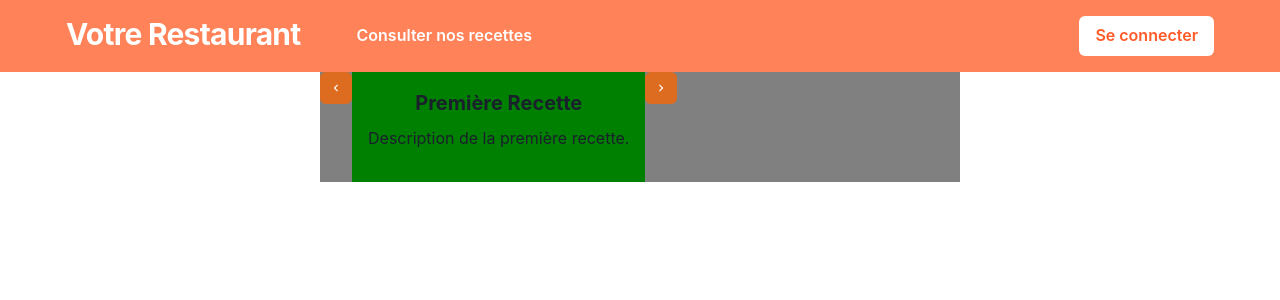
Repository: Ecaron76/tp-restau-next
Page: /
The author's editor kept a copy of each file at every save. The page is drawn from the files as they stood at one save, then again after the next save.
The browser window is 1280 px wide. The pictures show the whole page.
The project was rebuilt for these pictures with package versions that can differ from the ones it lists, and the page was loaded fresh each time. The framework's server and built-in components were replaced by stand-ins that run in the browser. Also part of the build but not shown: next.config.mjs.

Above is the page before, as saved 2024-02-25 18:52:31.

After the next save:
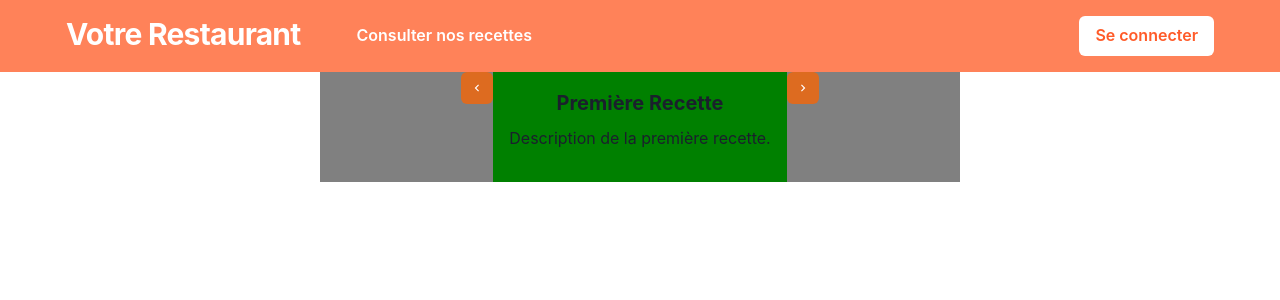
Saved 11 s later.
--- a/src/components/SliderResto/SliderResto.tsx
+++ b/src/components/SliderResto/SliderResto.tsx
@@ -18,7 +18,7 @@ export default function SliderResto() {
         setCurrentSlide((prevSlide: number) => (prevSlide - 1 + slides.length) % slides.length);
       };
   return (
-    <Box display={'flex'}>
+    <Box display={'flex'} justifyContent={'center'}>
         <IconButton
           onClick={goToPrevSlide}
           icon={<ChevronLeftIcon />}
